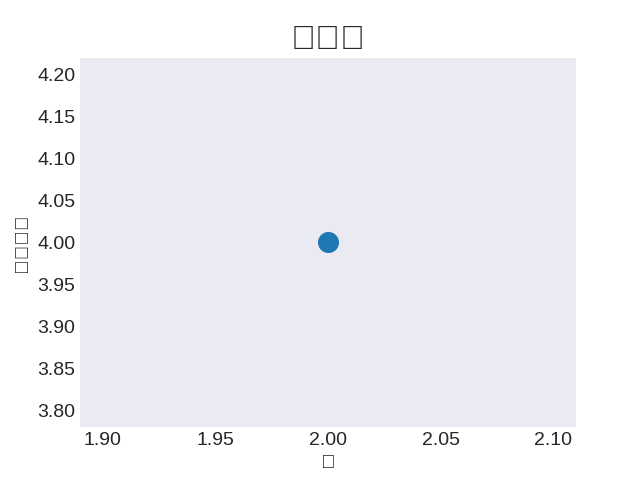
Repository: wh-debug/Matplotlib
Script's output: python make_scatter.py
These files come from the project's save history. The script's output is drawn as it stood at one moment and after the next save; the edit follows.
Random numbers start from a fixed seed.

Above is the script's output before, as saved 2021-02-23 15:13:14.

### make_scatter.py
'''
Author: your name
Date: 2021-02-20 08:00:13
LastEditTime: 2021-02-23 15:13:14
LastEditors: Please set LastEditors
Description: In User Settings Edit
FilePath: \Matplotlib\make_scatter.py
'''
import matplotlib.pyplot as plt

plt.style.use('seaborn-dark')
fig, ax = plt.subplots()
ax.scatter(2, 4, s=200)

ax.set_title("平方数", fontsize=24)
ax.set_xlabel("值", fontsize=14)
ax.set_ylabel("值的平方", fontsize=14)

ax.tick_params(axis='both', which='major', labelsize=14)

plt.show()

After the next save:
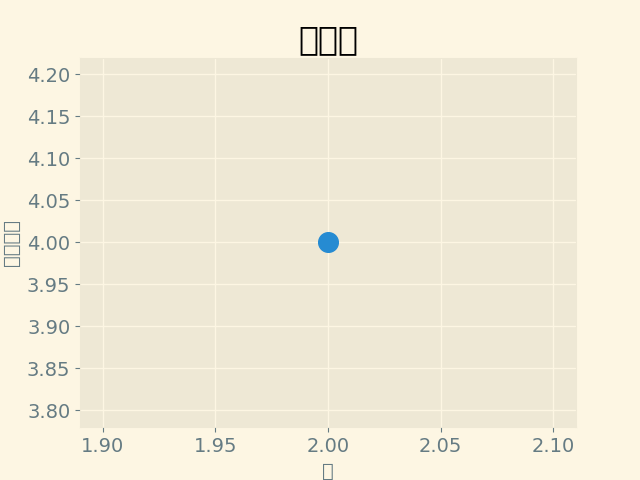
Saved 51 s later.
--- a/make_scatter.py
+++ b/make_scatter.py
@@ -1,14 +1,14 @@
 '''
 Author: your name
 Date: 2021-02-20 08:00:13
-LastEditTime: 2021-02-23 15:13:14
+LastEditTime: 2021-02-23 15:14:05
 LastEditors: Please set LastEditors
 Description: In User Settings Edit
 FilePath: \Matplotlib\make_scatter.py
 '''
 import matplotlib.pyplot as plt
 
-plt.style.use('seaborn-dark')
+plt.style.use('Solarize_Light2')
 fig, ax = plt.subplots()
 ax.scatter(2, 4, s=200)
 
